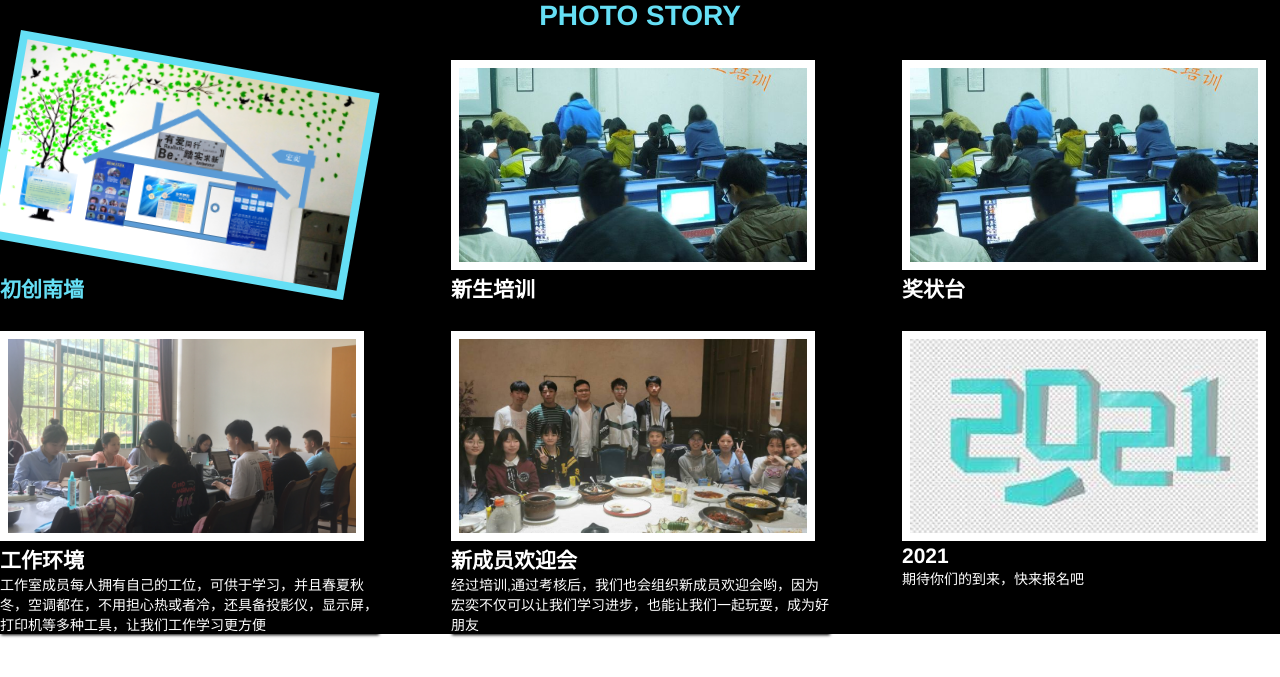
Repository: Homyit20/website
Page: /#/photo
The author's editor kept a copy of each file at every save. The page is drawn from the files as they stood at one save, then again after the next save.
The browser window is 1280 px wide. The pictures show the whole page.
The project was rebuilt for these pictures with package versions that can differ from the ones it lists, and the page was loaded fresh each time. Also part of the build but not shown: vue.config.js.

Above is the page before, as saved 2021-08-10 16:22:39.

After the next save:
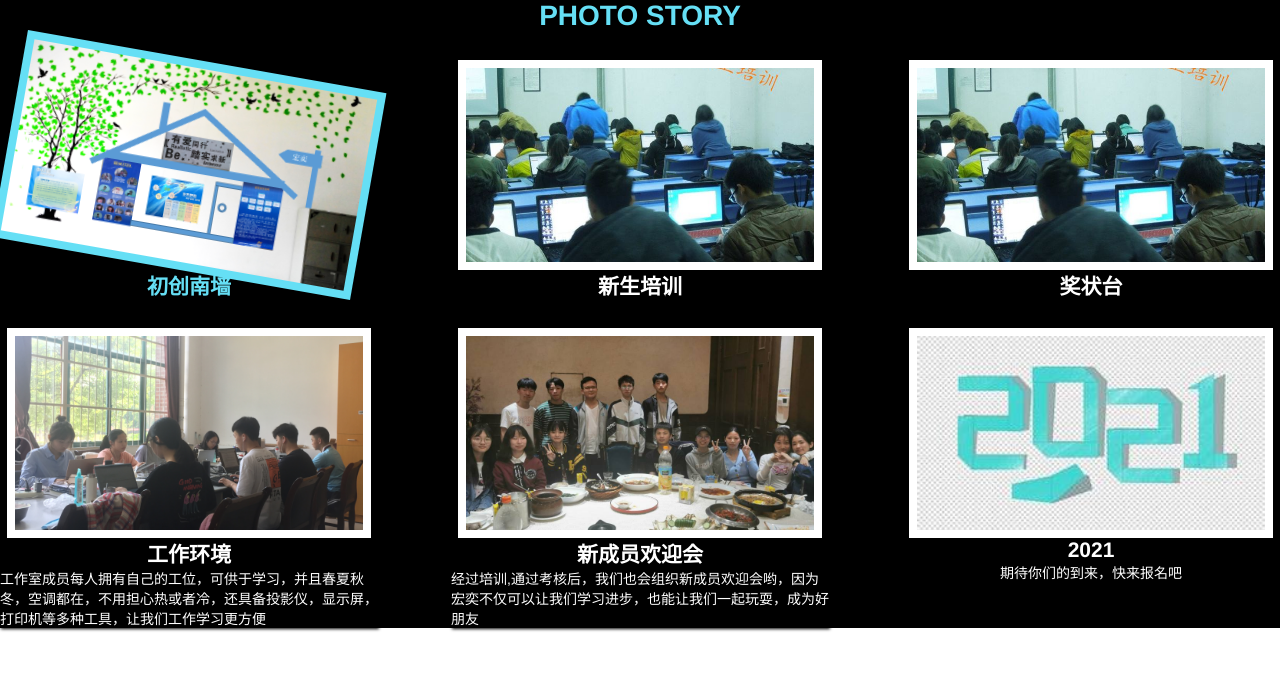
Saved 4 min 43 s later.
--- a/src/views/photo.vue
+++ b/src/views/photo.vue
@@ -75,6 +75,9 @@
   flex-wrap: wrap;
 }
 .photo-content-img{
+  display: flex;
+  flex-direction: column;
+  align-items: center;
   width: 27rem;
   margin-top: 2rem;
   color: #fff;
